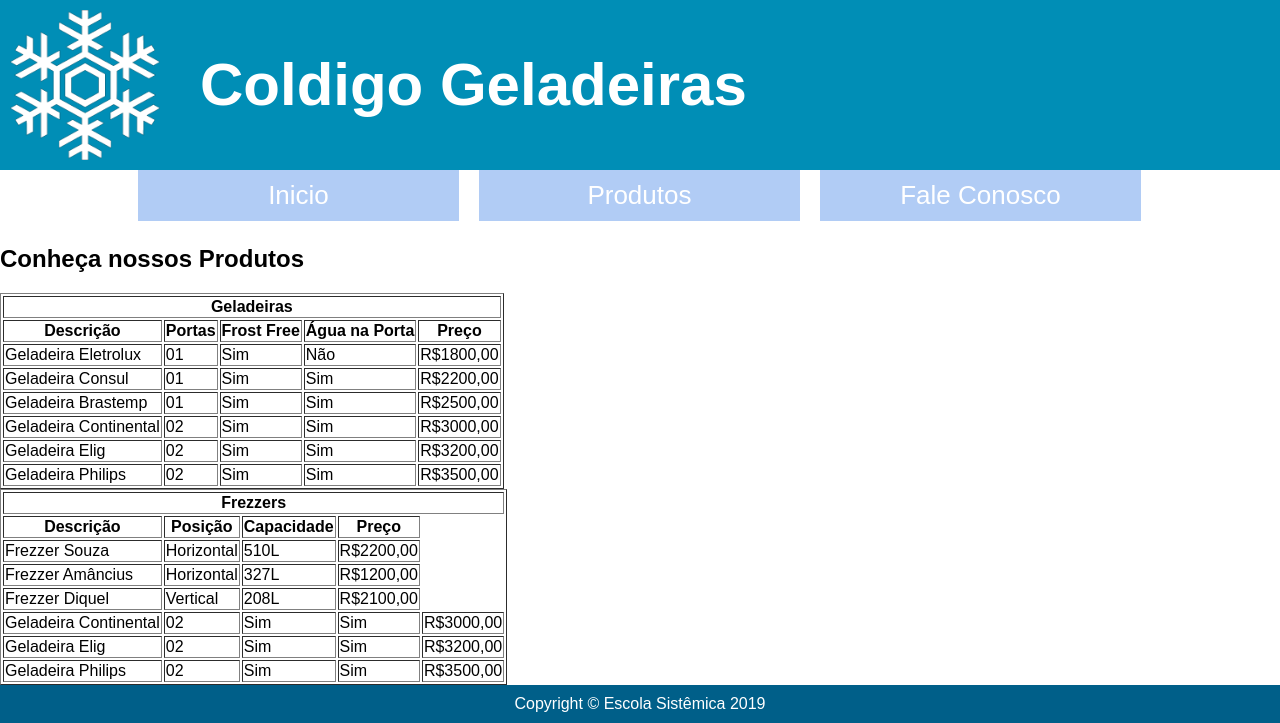
Repository: VandersonCani/Front-End
Page: ProjetoTrilhaWeb/src/main/webapp/WEB-INF/pages/site/produtos.html
These files come from the project's save history. The page is drawn as it stood at one moment and after the next save; the edit follows.
The browser window is 1280 px wide. The pictures show the whole page.

Above is the page before, as saved 2024-05-08 00:35:06.

### ProjetoTrilhaWeb/src/main/webapp/WEB-INF/pages/site/produtos.html
<!DOCTYPE html>
<html lang="pt-br">
<head>

<meta charset="UTF-8">
<meta name= "description" content= "Site da Coldigo Geladeiras">
<meta name= "keywords" content= "Geladeiras, Frost-free, Refrigeração">
<meta name= "author" content= "Escola Sistêmica">
<meta name= "viewport" content= "width=device-width, initial-scale=1.0">
<title>Coldigo Geladeiras</title>
<link rel="stylesheet" type="text/css" href="../../css/site.css">
</head>
<body>
	<header>
	<img src="../../imgs/logo.png" alt="Logo da Coldigo Geladeiras">
	<h1>Coldigo Geladeiras</h1>
	</header>
	<nav>
	<a href="../../index.html"><div class= "opcao">Inicio</div></a>
	<a href="../../pages/site/produtos.html"><div class= "opcao">Produtos</div></a>
	<a href="../../pages/site/faleconosco.html"><div class= "opcao">Fale Conosco</div></a>
	</nav>
	<section>
		<h2>Conheça nossos Produtos</h2>
		<table border= 1>
			<thead>
				<tr>
					<th colspan="5"> Geladeiras</th>
				</tr>
				<tr>
					<th>Descrição</th>
					<th>Portas</th>
					<th>Frost Free</th>
					<th>Água na Porta</th>
					<th>Preço</th>
				</tr>
			</thead>
			<tbody>
				<tr>
					<td>Geladeira Eletrolux</td>
					<td>01</td>
					<td>Sim</td>
					<td>Não</td>
					<td>R$1800,00</td>
				</tr>
				<tr>
					<td>Geladeira Consul</td>
					<td>01</td>
					<td>Sim</td>
					<td>Sim</td>
					<td>R$2200,00</td>
				</tr>
				<tr>
					<td>Geladeira Brastemp</td>
					<td>01</td>
					<td>Sim</td>
					<td>Sim</td>
					<td>R$2500,00</td>
				</tr>
				<tr>
					<td>Geladeira Continental</td>
					<td>02</td>
					<td>Sim</td>
					<td>Sim</td>
					<td>R$3000,00</td>
				</tr>
				<tr>
					<td>Geladeira Elig</td>
					<td>02</td>
					<td>Sim</td>
					<td>Sim</td>
					<td>R$3200,00</td>
				</tr>
				<tr>
					<td>Geladeira Philips</td>
					<td>02</td>
					<td>Sim</td>
					<td>Sim</td>
					<td>R$3500,00</td>
				</tr>
			</tbody>
		</table>
		<table border= 1>
			<thead>
				<tr>
					<th colspan="5"> Frezzers</th>
				</tr>
				<tr>
					<th>Descrição</th>
					<th>Posição</th>
					<th>Capacidade</th>
					<th>Preço</th>
				</tr>
			</thead>
			<tbody>
				<tr>
					<td>Frezzer Souza</td>
					<td>Horizontal</td>
					<td>510L</td>
					<td>R$2200,00</td>
				</tr>
				<tr>
					<td>Frezzer Amâncius</td>
					<td>Horizontal</td>
					<td>327L</td>
					<td>R$1200,00</td>
				</tr>
				<tr>
					<td>Frezzer Diquel</td>
					<td>Vertical</td>
					<td>208L</td>
					<td>R$2100,00</td>
				</tr>
				<tr>
					<td>Geladeira Continental</td>
					<td>02</td>
					<td>Sim</td>
					<td>Sim</td>
					<td>R$3000,00</td>
				</tr>
				<tr>
					<td>Geladeira Elig</td>
					<td>02</td>
					<td>Sim</td>
					<td>Sim</td>
					<td>R$3200,00</td>
				</tr>
				<tr>
					<td>Geladeira Philips</td>
					<td>02</td>
					<td>Sim</td>
					<td>Sim</td>
					<td>R$3500,00</td>
				</tr>
			</tbody>
		</table>
	</section>
	<footer>Copyright &copy; Escola Sistêmica 2019</footer>
</body>
</html>

### ProjetoTrilhaWeb/src/main/webapp/WEB-INF/css/site.css
@charset "UTF-8";
/*configuração geral do corpo da página*/

body{
	margin: 0 auto;
	font-family:"Century Gothic", sans-serif;
}

/****************************** Configurações Gerais ***************************************/
/*cabeçalho*/
header{
	height: 170px;
	background-color: #008eb6;
}
header img{
	float: left;
	height: 150px;
	width: 150px;
	margin: 10px;
}
header h1{
	float: left;
	margin: 50px 0 0 30px;
	font-size: 60px;
	color: #ffffff;
}
/* Menu */
nav{
	clear: both;
	width: 80%;
	margin: 0px auto;
	height: 55px;
}
nav a{
	color: white;
	text-decoration: none;
	text-align: center;
}
nav .opcao{
	float: left;
	width: 31.3%;
	background-color: #b1ccf5;
	padding:10px 0;
	margin: 0 1%;
	font-size: 26px;
}
nav .opcao:hover{
	background-color:#83afd3;
}

/*Área geral para conteúdos específicos de cada página*/
section{
	clear:both;
	min-height:360px;
	width: 100%;
	margin-top: 0px;
}
footer{
	background-color:#005f89;
	color:#fff;
	text-align:center;
	padding:10px;
}

After the next save:
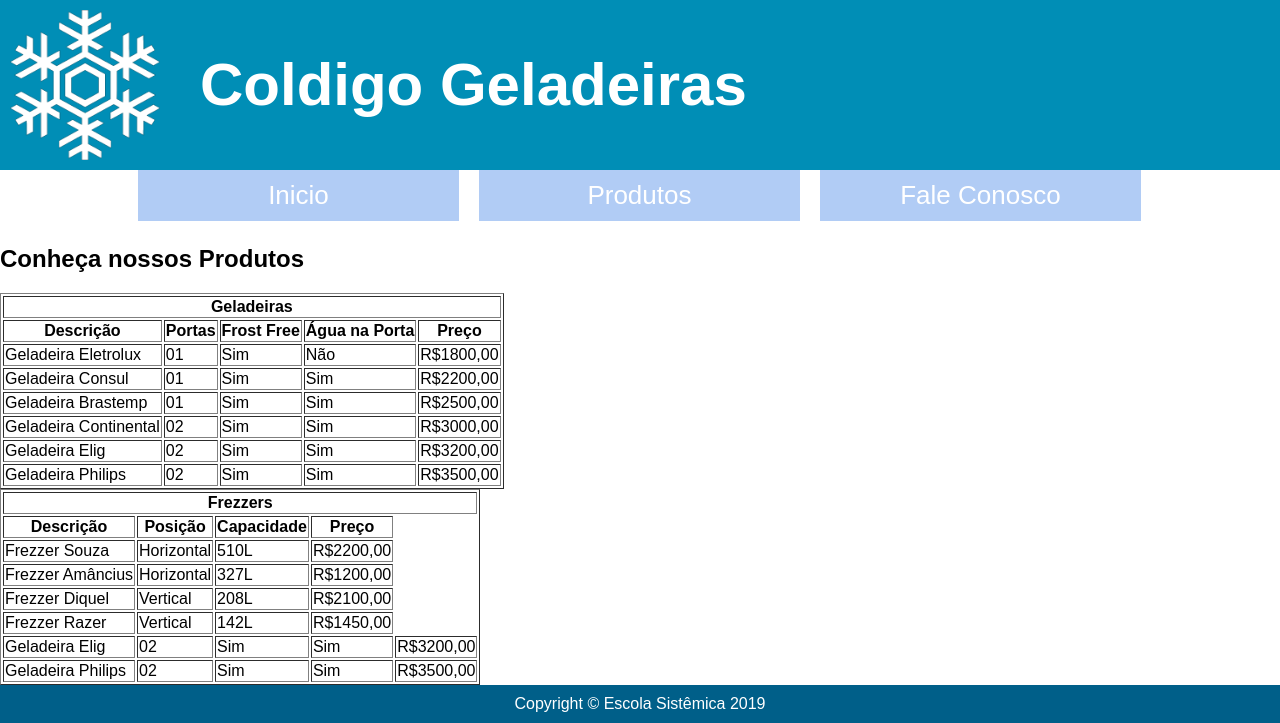
Saved 33 s later.
--- a/ProjetoTrilhaWeb/src/main/webapp/WEB-INF/pages/site/produtos.html
+++ b/ProjetoTrilhaWeb/src/main/webapp/WEB-INF/pages/site/produtos.html
@@ -112,11 +112,10 @@
 					<td>R$2100,00</td>
 				</tr>
 				<tr>
-					<td>Geladeira Continental</td>
-					<td>02</td>
-					<td>Sim</td>
-					<td>Sim</td>
-					<td>R$3000,00</td>
+					<td>Frezzer Razer</td>
+					<td>Vertical</td>
+					<td>142L</td>
+					<td>R$1450,00</td>
 				</tr>
 				<tr>
 					<td>Geladeira Elig</td>
